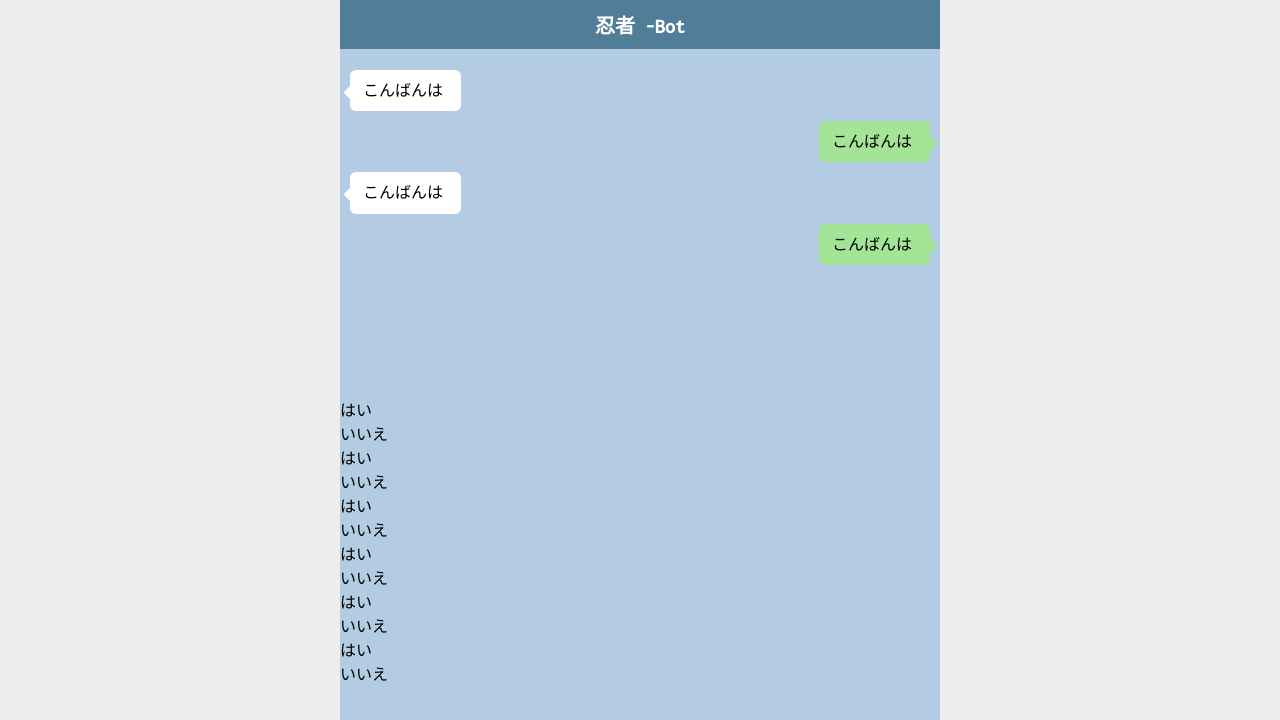
Repository: t0chan/bot
Page: index.html
The author's editor kept a copy of each file at every save. The page is drawn from the files as they stood at one save, then again after the next save.
The browser window is 1280 px wide. The pictures show the whole page.

Above is the page before, as saved 2021-11-01 19:56:41.

### index.html
<!DOCTYPE html>
<html lang="ja">
<head>
    <meta charset="UTF-8">
    <meta http-equiv="X-UA-Compatible" content="IE=edge">
    <meta name="viewport" content="width=device-width, initial-scale=1.0">
    <link rel="preconnect" href="https://fonts.googleapis.com">
    <link rel="preconnect" href="https://fonts.gstatic.com" crossorigin>
    <link href="https://fonts.googleapis.com/css2?family=Inconsolata:wght@500&display=swap" rel="stylesheet">
    <link rel="stylesheet" href="style.css">
    <title>忍者bot</title>
</head>
<body>
   <div class="wrapper">
       <h1>忍者 -Bot</h1>

       <!-- 画面 -->
       <div id="chat-field">
           <ul id="chat-ul">
               <li>こんばんは</li>
               <li>こんばんは</li>
               <li>こんばんは</li>
               <li>こんばんは</li>
           </ul>
       </div>
       <!-- 入力場所、送信ボタン -->
       <div id="input-field">
           <ul id="select-list">
                <li>はい</li>
                <li>いいえ</li>
                <li>はい</li>
                <li>いいえ</li>
                <li>はい</li>
                <li>いいえ</li>
                <li>はい</li>
                <li>いいえ</li>
                <li>はい</li>
                <li>いいえ</li>
                <li>はい</li>
                <li>いいえ</li>
           </ul>
       </div>
   </div>
   <script src="https://code.jquery.com/jquery-3.5.0.js"></script>
   <script src="questions.js"></script>
   <script src="main.js"></script>
</body>
</html>

### style.css
* {
    margin: 0;
    padding: 0;
    list-style: none;
    box-sizing: border-box;
    font-family: -apple-system, BlinkMacSystemFont, "Helvetica Neue", YuGothic, "ヒラギノ角ゴ ProN W3", Hiragino Kaku Gothic ProN, Arial, "メイリオ", Meiryo, sans-serif;
}

body {
    background: #eee;
}

img {
    width: 100%;
    height: auto;
}

.wrapper {
    max-width: 600px;
    margin: 0 auto;
}
h1 {
    position: fixed;
    top: 0;
    left: 50%;
    transform: translateX(-50%);
    max-width: 600px;
    width: 100%;
    z-index: 10;
    padding: 10px 0;
    text-align: center;
    background: #517D99;
    color: #fff;
    font-size: 20px;
    font-family: 'Inconsolata', monospace;
}

#chat-field{
    height: 100vh;
    padding: 70px 0 140px 0;
    background-color: #B4CCE3;
    overflow-x: hidden;
    overflow-y: scroll;
    -webkit-overflow-scrolling: touch;
  }
#chat-field::-webkit-scrollbar {
    display:none;
  }

#chat-ul {
    display: flex;
    flex-direction: column;
    padding-bottom: 50px;
}

#chat-ul li {
    background-color: #fff;
    position: relative;
    margin: 0 auto 10px 10px;
    word-wrap: break-word;
    display: inline-block;
    border-radius: 6px;
    min-height: 30px;
    max-width: 220px;
    padding: 7px 18px 7px 13px;
    line-height: 1.7em;

}
#chat-ul li::before {
    position: absolute;
    content: "";
    height: 10px;
    width: 10px;
    top: 50%;
    left: -8px;
    transform: rotate(45deg) translateY(-50%);
    background-color: #fff;

}

#chat-ul li:nth-child(even) {
    margin: 0 10px 10px auto;
    background-color: #a4e496;
}

#chat-ul li:nth-child(even)::before {
    background-color: #a4e496;
    left: calc(100% - 8px);
}

#input-field {
    position: fixed;
    width: 100vw;
    overflow: scroll;
    bottom: 35px;
    margin: 0 auto;
}

/* #select-list {
    display: flex;
    width: max-content;
    transform: translateY(100%);
    margin: 0 auto;
}

#select-list li {
    background-color: #686262;
    color: #fff;
    padding: 4px 13px 5px 13px;
    border-radius: 20px;
    margin-right: 8px;

}

#select-list li:last-child {
    margin-right: 0;
}
 */

Loaded but not shown: main.js (no copy from this time; the picture is the same without it); questions.js (no copy from this time; the picture is the same without it)

After the next save:
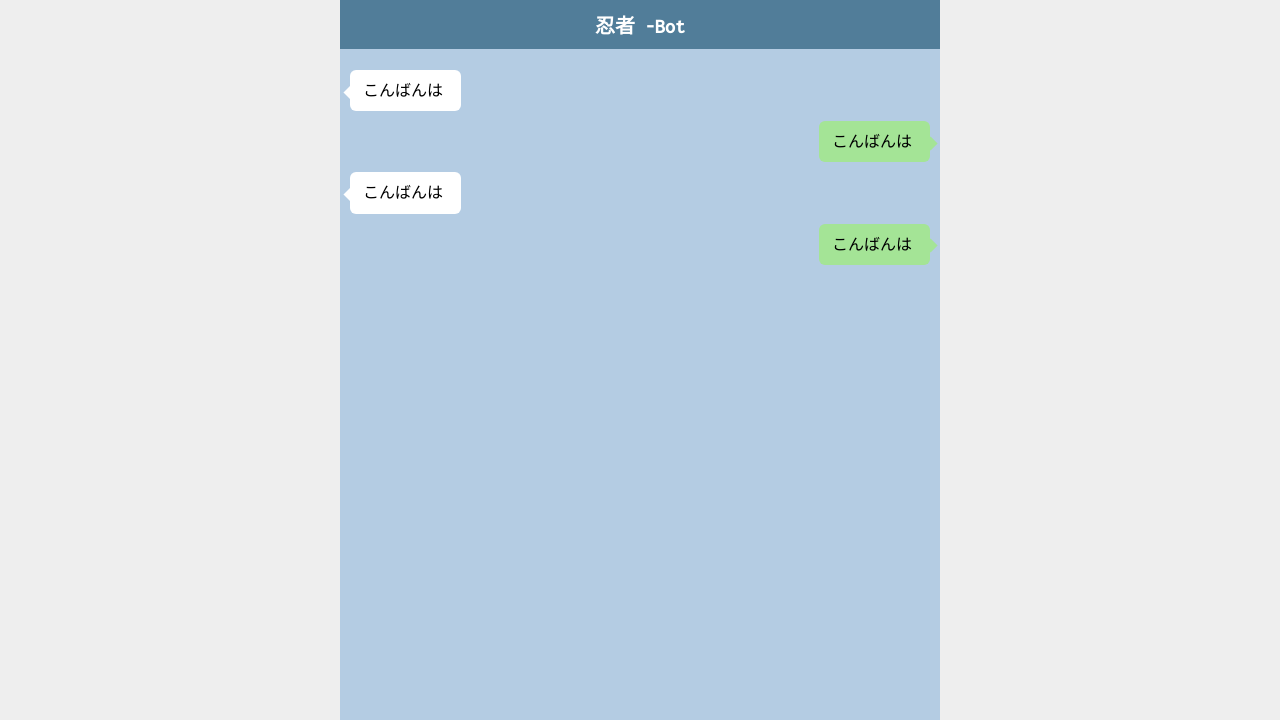
Saved 6 min 9 s later.
--- a/style.css
+++ b/style.css
@@ -96,7 +96,7 @@ h1 {
     margin: 0 auto;
 }
 
-/* #select-list {
+#select-list {
     display: flex;
     width: max-content;
     transform: translateY(100%);
@@ -115,4 +115,3 @@ h1 {
 #select-list li:last-child {
     margin-right: 0;
 }
- */
